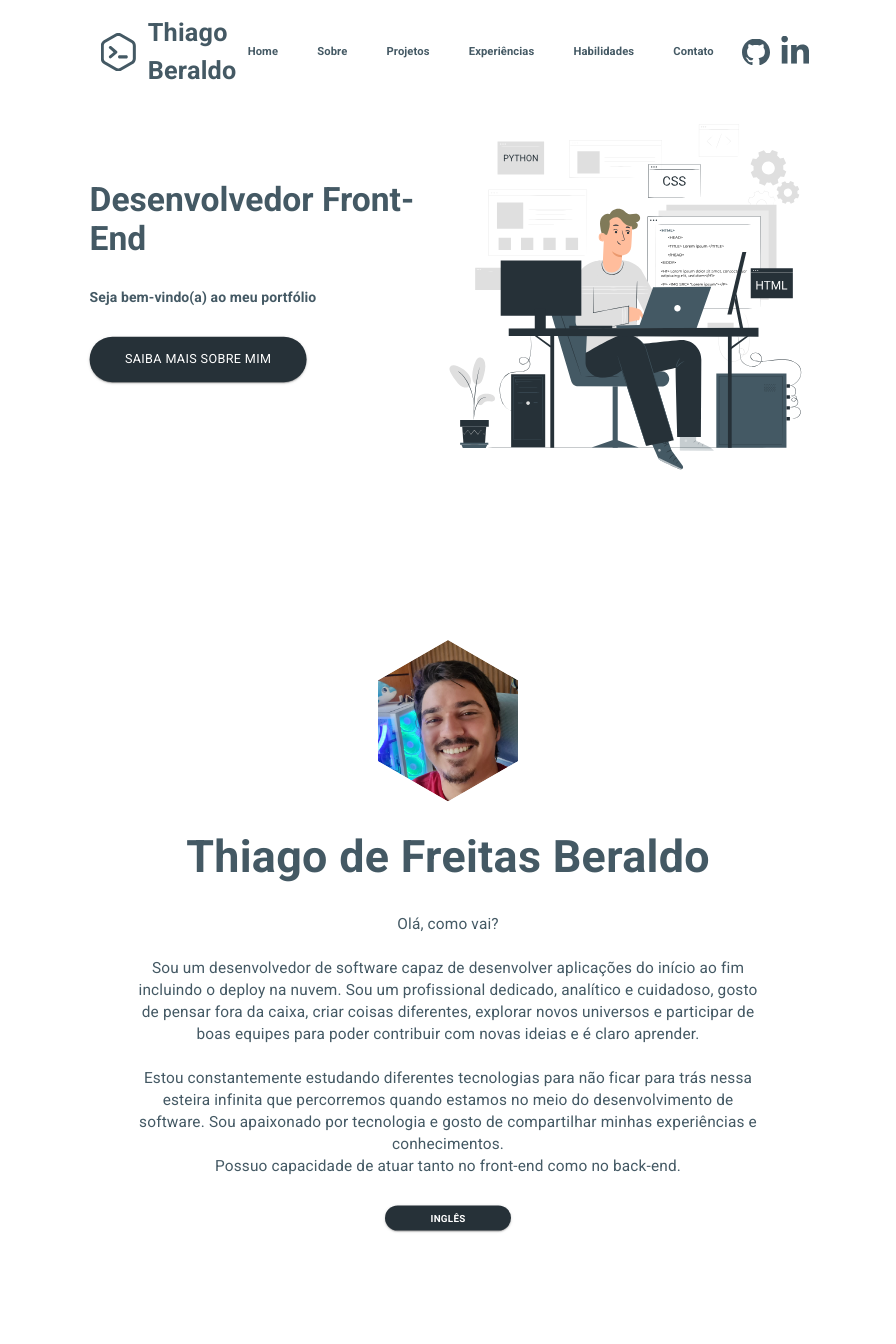
Repository: lenx0/myportfolio
Page: /
The author's editor kept a copy of each file at every save. The page is drawn from the files as they stood at one save, then again after the next save.
The browser window is 1280 px wide. The pictures show the part of the page from y = 0 to 1920 px (the page is 5219 px tall), at 70% of full size.
The project was rebuilt for these pictures with package versions that can differ from the ones it lists, and the page was loaded fresh each time. Also part of the build but not shown: vite.config.js.

Above is the page before, as saved 2024-06-14 10:25:49.

### index.html
<!doctype html>
<html lang="en">
  <head>
    <meta charset="UTF-8" />
    <link href="https://fonts.googleapis.com/css2?family=Roboto:wght@200;400;700;900&display=swap" rel="stylesheet">
    <meta name="viewport" content="width=device-width, initial-scale=1.0" />
    <title>Portfólio</title>
  </head>
  <body>
    <div id="root"></div>
    <script type="module" src="/src/main.jsx"></script>
  </body>
</html>

### src/main.jsx
import React from "react";
import ReactDOM from "react-dom/client";
import App from "./App.jsx";
import { ThemeProvider } from "@emotion/react";
import theme from "./components/Styles/theme";
import "swiper/css";
import "swiper/css/navigation";
import "swiper/css/pagination";

ReactDOM.createRoot(document.getElementById("root")).render(
  <React.StrictMode>
    <ThemeProvider theme={theme}>
      <App />
    </ThemeProvider>
  </React.StrictMode>
);

### src/App.jsx
import React from "react";
import { Box } from "@mui/material";
import Header from "./components/Header";
import Home from "./components/Home";
import About from "./components/About";
import Projects from "./components/Projects";
import "./global.css";
import Experience from "./components/Experiences";
import Footer from "./components/Footer";
import HardSkills from "./components/HardSkills";

function App() {
  const mainContainerStyle = {
    margin: "0 auto",
    padding: "0 10%",
    maxWidth: "1600px",
  };

  const aboutContainerStyle = {
    display: "flex",
    flexDirection: "column",
    alignItems: "center",
    padding: "0 10%",
    maxWidth: "1200px",
    margin: "0 auto",
  };

  return (
    <React.Fragment>
      <Box sx={mainContainerStyle}>
        <Header />
        <Home />
      </Box>
      <Box sx={aboutContainerStyle}>
        <About />
        <HardSkills />
      </Box>
      <Box sx={mainContainerStyle}>
        <Projects />
        <Experience />
      </Box>
      <Footer />
    </React.Fragment>
  );
}

export default App;

### src/components/Header/index.jsx
import React from "react";
import { Typography, Box, Link } from "@mui/material";
import Logo from "/assets/logos/logo.svg";
import GithubIcon from "/assets/icons/Github.svg";
import LinkedinIcon from "/assets/icons/Linkedin.svg";
import scrollToSection from "../Utility/scroll";

const Header = () => {
  const menuItems = [
    { label: "Home", id: "home-section" },
    { label: "Sobre", id: "about-section" },
    { label: "Projetos", id: "projects-section" },
    { label: "Experiências", id: "experience-section" },
    { label: "Habilidades", id: "hardskills-section" },
    { label: "Contato", id: "contact-section" },
  ];

  const headerStyles = {
    display: "flex",
    alignItems: "center",
    justifyContent: "space-between",
    mt: "20px",
    px: 2,
  };

  const logoContainerStyles = {
    display: "flex",
    alignItems: "center",
    flex: 1,
  };

  const menuContainerStyles = {
    display: { xs: "none", md: "flex" },
    gap: "24px",
    color: "#445964",
    flex: 2,
    justifyContent: "center",
  };

  const iconContainerStyles = {
    display: "flex",
    gap: 2,
    pl: 3,
    flex: 1,
    justifyContent: "flex-end",
  };

  return (
    <Box component="header" sx={headerStyles}>
      <Box sx={logoContainerStyles}>
        <Box
          component="img"
          src={Logo}
          alt="Logo"
          sx={{ width: { xs: "40px", md: "auto" } }}
        />
        <Typography
          sx={{
            fontSize: { xs: 24, md: 36 },
            color: "#445964",
            fontWeight: 700,
            ml: 2,
          }}
        >
          Thiago Beraldo
        </Typography>
      </Box>
      <Box sx={menuContainerStyles}>
        {menuItems.map((item) => (
          <Typography
            key={item.label}
            sx={{ cursor: "pointer", fontWeight: 700, px: 2 }}
            onClick={() => scrollToSection(item.id)}
          >
            {item.label}
          </Typography>
        ))}
      </Box>
      <Box sx={iconContainerStyles}>
        <Link href="https://github.com/lenx0">
          <img
            src={GithubIcon}
            alt="Github Icon"
            style={{ marginTop: "0.3rem" }}
          />
        </Link>
        <Link href="https://www.linkedin.com/in/thiagoberaldo06">
          <img src={LinkedinIcon} alt="LinkedIn Icon" />
        </Link>
      </Box>
    </Box>
  );
};

export default Header;

### src/components/Home/index.jsx
import React from "react";
import { Box, Button, Grid, Typography } from "@mui/material";
import HomeArt from "/assets/images/Art1.svg";
import scrollToSection from "../Utility/scroll";

const Home = () => {
  return (
    <Grid mt={5} container direction="row" alignItems="center" wrap="nowrap">
      <Grid item xs={12} md={6}>
        <Typography variant="h3" sx={{ fontWeight: 700, color: "#445964", mb: 5 }}>
          Desenvolvedor Front-End
        </Typography>
        <Typography variant="h6" sx={{ fontWeight: 700, color: "#445964", mb: 5 }}>
          Seja bem-vindo(a) ao meu portfólio
        </Typography>
        <Button
          variant="contained"
          onClick={() => scrollToSection('about-section')}
          sx={{
            fontSize: 18,
            backgroundColor: "#263138",
            width: 310,
            height: 65,
            borderRadius: 20,
            mb: 5,
          }}
        >
          Saiba mais sobre mim
        </Button>
      </Grid>
      <Grid item xs={12} md={6}>
        <Box display="flex" justifyContent="center">
          <img src={HomeArt} alt="Home Art" style={{ maxWidth: "100%" }} />
        </Box>
      </Grid>
    </Grid>
  );
};

export default Home;

### src/components/Projects/index.jsx
import React from "react";
import { Grid, Typography } from "@mui/material";
import CustomCard from "./card";

const projectsData = [
  {
    title: "Lenx Delivery",
    images: generateImageArray("delivery", 3),
    access: "https://front-lenxdelivery.vercel.app",
    description:
      "Projeto demonstrativo onde você consegue visualizar um cardápio, escolher o local de entrega e realizar o pedido.",
    technologies:
      "Tecnologias: React, Javascript, HTML, CSS, Material-UI, Node, MongoDB, MapBox",
  },
  {
    title: "Pokemon Knowledge",
    images: generateImageArray("poke", 5),
    access: "https://poke-wiki-front.vercel.app",
    description:
      "Neste site podemos visualizar todos os detalhes dos pokémon existentes consumindo a PokeAPI.",
    technologies:
      "Tecnologias: Next, React, Javascript, HTML, CSS, Material-UI",
  },
  {
    title: "Business Manager",
    images: generateImageArray("manager", 5),
    access: "https://business-manager-liard.vercel.app",
    description:
      "Página desenvolvida para oferecer serviços de gerenciamento de negócios.",
    technologies:
      "Tecnologias: React, Vite, Javascript, HTML, CSS, Material-UI",
  },
  {
    title: "Pokedex",
    images: generateImageArray("pokedex", 1),
    access: "https://pokedex-mu-ten.vercel.app",
    description: "Pokedex com sprites animadas",
    technologies: "Tecnologias: Javascript, HTML, CSS",
  },
];

function generateImageArray(prefix, count) {
  const images = [];
  for (let i = 1; i <= count; i++) {
    images.push(`/assets/images/${prefix}${i}.png`);
  }
  return images;
}

const Projects = () => {
  return (
    <Grid id="projects-section" container gap={2} m="10px 5px 20px 5px" justifyContent="center">
      <Grid container justifyContent="center">
        <Grid item>
          <Typography
            variant="h4"
            mb={5}
            fontSize={64}
            fontWeight={700}
            color="#445964"
          >
            Projetos
          </Typography>
        </Grid>
      </Grid>
      {projectsData.map((project, index) => (
        <Grid item xs={12} sm={6} md={4} lg={3} key={index}>
          <CustomCard
            title={project.title}
            access={project.access}
            images={project.images}
            description={project.description}
            technologies={project.technologies}
          />
        </Grid>
      ))}
    </Grid>
  );
};

export default Projects;

### src/global.css
body {
    margin: 0;
    padding: 0;
    box-sizing: border-box;
    font-family: 'Roboto', sans-serif;
}

### src/components/Experiences/index.jsx
import React from "react";
import { Box, Typography, Paper, Grid } from "@mui/material";

const Experience = () => {
  const experiences = [
    {
      title: "Desenvolvedor júnior",
      company: "Alto Giro",
      date: "01.2022 - 07-2022",
      resume:
        `Na Alto Giro atuei desenvolvendo microsserviços para facilitar alguns processos dentro da empresa como RH e almoxarifado
        Pude desenvolver interfaces web utilizando tecnologias de ponta como React e Javascript. Também desenvolvi API's utilizando Node, express e mongoDB,`,
    },
    {
      title: "Desenvolvedor Front-end júnior",
      company: "AG.labs",
      date: "07.2022 - 04-2024",
      resume: `Atuei em um projeto desenvolvendo o front-end para um ERP da TOTSV da fase inicial ao lançamento, sistema este que hoje é utilizado pelos
        representantes e clientes da empresa Alto Giro.
        O projeto foi desenvolvimento pensando na praticidade, e velocidade para realizar vendas.
        Na Black Friday de 2023 a empresa conseguiu transacionar mais de 15 mil pedidos,
        alcançando um valor surpreendente de mais de 13 milhões.
        Possuo facilidade na resolução de problemas, boa comunicação, sei liderar quando
        necessário, me adapto bem a diferentes tecnologias, e o mais importante, tenho
        atitude positiva `,
    },
  ];

  return (
    <Box id="experience-section" sx={{ mt: 10, textAlign: "center", px: 2 }}>
      <Box height="auto">
        <Typography variant="h2" fontWeight={700} color="#445964">
          Experiência
        </Typography>
        <Typography
          variant="h4"
          fontWeight={700}
          color="#263138"
        >
          Profissional
        </Typography>
      </Box>
      <Typography sx={{ mt: 2, color: "#445964", fontSize: 16 }}>
        Minha jornada é curta, mas de muita dedicação e resiliência
      </Typography>
      <Grid container spacing={2} sx={{ mt: 5 }}>
        {experiences.map((experience, index) => (
          <Grid item xs={12} md={6} key={index}>
            <Paper
              elevation={3}
              sx={{
                p: 3,
                minHeight: "28vh",
                backgroundColor: "#263138",
                color: "white",
              }}
            >
              <Typography variant="h6" fontWeight={700}>
                {experience.title}
              </Typography>
              <Typography variant="h6" >
                {`${experience.company} - ${experience.date}`}
              </Typography>
              <Typography sx={{ mt: 1 }}>{experience.resume}</Typography>
            </Paper>
          </Grid>
        ))}
      </Grid>
      <Box sx={{ mt: 5 }}>
        <img src="/assets/icons/Quote.png" />
        <Typography
          sx={{ mt: 2, fontWeight: 700, fontSize: 18, color: "#445964" }}
        >
          “A mente que se abre a uma nova ideia jamais voltará ao seu tamanho
          original”
        </Typography>
        <Typography
          sx={{ mt: 2, fontSize: 18, fontWeight: 700, color: "#445964" }}
        >
          ~ Albert Einstein
        </Typography>
      </Box>
    </Box>
  );
};

export default Experience;

### src/components/Footer/index.jsx
import React from 'react';
import { Box, Link, Typography } from '@mui/material';
import FacebookIcon from '@mui/icons-material/Facebook';
import CopyrightIcon from '@mui/icons-material/Copyright';
import GitHubIcon from '@mui/icons-material/GitHub';
import LinkedInIcon from '@mui/icons-material/LinkedIn';

const Footer = () => {
    return (
        <Box id="contact-section" height="120px" mt={10} bgcolor="#263138" display="flex" flexDirection="column" alignItems="center" justifyContent="space-between">
            <Box flex={1} display="flex" justifyContent="center" alignItems="center">
                <Link href="https://www.facebook.com.br">
                    <FacebookIcon sx={{ color: '#ffffff', mx: 1 }} />
                </Link>
                <Link href="https://github.com/lenx0">
                    <GitHubIcon sx={{ color: '#ffffff', mx: 1 }} />
                </Link>
                <Link href="https://www.linkedin.com/in/thiagoberaldo06/">
                    <LinkedInIcon sx={{ color: '#ffffff', mx: 1 }} />
                </Link>
            </Box>
            <Typography color="#ffffff" mb={1} display="flex" alignItems="center">
                Todos os direitos reservados <CopyrightIcon sx={{ ml: 0.5, width: 15, height: 15, color: '#ffffff' }} />
            </Typography>
        </Box>
    );
}

export default Footer;

### src/components/HardSkills/index.jsx
import { Stack, Typography } from "@mui/material";
import SkillRating from "./rating";

const HardSkills = () => {
  return (
    <Stack id="hardskills-section" direction="row" gap={6} flexWrap="wrap" justifyContent="center">
      <Typography variant="h4" fontSize={64} fontWeight={700} color="#445964">
        Hard Skills
      </Typography>
      <Stack direction="row" spacing={4} flexWrap="wrap" p="0 50px 0 50px" justifyContent="center">
        <SkillRating skill="React" rating={5} />
        <SkillRating skill="Javascript" rating={5} />
        <SkillRating skill="HTML" rating={5} />
        <SkillRating skill="CSS" rating={5} />
        <SkillRating skill="Material-UI" rating={5} />
        <SkillRating skill="Next" rating={4} />
        <SkillRating skill="Redux" rating={3} />
        <SkillRating skill="Node" rating={4} />
        <SkillRating skill="Styled Components" rating={3} />
        <SkillRating skill="Java" rating={3} />
        <SkillRating skill="Python" rating={3} />
        <SkillRating skill="Docker" rating={3} />
        <SkillRating skill="MongoDB" rating={3} />
        <SkillRating skill="MySQL" rating={3} />
        <SkillRating skill="PostGreSQL" rating={3} />
        <SkillRating skill="Oracle Database" rating={2} />
        <SkillRating skill="SQLite" rating={2} />
      </Stack>
      <Typography variant="h4" fontSize={64} fontWeight={700} color="#445964">
        Ferramentas - Serviços
      </Typography>
      <Stack direction="row" spacing={4} flexWrap="wrap" p="0 50px 0 50px" justifyContent="center">
        <SkillRating skill="Git" rating={5} />
        <SkillRating skill="Github" rating={5} />
        <SkillRating skill="Asana" rating={5} />
        <SkillRating skill="Vercel" rating={5} />
        <SkillRating skill="AWS Amplify" rating={4} />
        <SkillRating skill="AWS EC2" rating={4} />
        <SkillRating skill="AWS S3" rating={4} />
        <SkillRating skill="MongoDB Atlas" rating={4} />
      </Stack>
      <Typography variant="h4" fontSize={64} fontWeight={700} color="#445964">
        Soft Skills
      </Typography>
      <Stack direction="row" spacing={4} flexWrap="wrap" p="0 50px 0 50px" justifyContent="center">
        <SkillRating skill="Comunicação" rating={5} />
        <SkillRating skill="Trabalho em equipe" rating={5} />
        <SkillRating skill="Resolução de problemas" rating={5} />
        <SkillRating skill="Empatia" rating={5} />
        <SkillRating skill="Criatividade" rating={5} />
      </Stack>
    </Stack>
  )

};

export default HardSkills;

### src/components/About/exagon.jsx
import { Box, styled } from "@mui/material";

const HexagonContainer = styled(Box)(({ theme }) => ({
    // width: "100px",
    // height: "115.47px",
    width: "200px",
    height: "230.94px",
    // width: "300px",
    // height: "346.41px",
    position: "relative",
    clipPath: "polygon(50% 0%, 100% 25%, 100% 75%, 50% 100%, 0% 75%, 0% 25%)",
    "& img": {
      width: "100%",
      height: "100%",
      objectFit: "cover",
      clipPath: "inherit",
    },
  }));

  export default HexagonContainer

### src/components/Projects/card.jsx
import React, { useState } from "react";
import {
  Card,
  CardContent,
  CardMedia,
  Typography,
  Box,
  Link,
  Button,
} from "@mui/material";
import ImageDialog from "./imageDialog";

const CustomCard = ({ title, access, images, description, technologies }) => {
  const [currentImageIndex, setCurrentImageIndex] = useState(0);
  const [dialogOpen, setDialogOpen] = useState(false);

  const handleNextImage = () => {
    setCurrentImageIndex((prevIndex) =>
      prevIndex + 1 < images.length ? prevIndex + 1 : prevIndex
    );
  };

  const handlePrevImage = () => {
    setCurrentImageIndex((prevIndex) =>
      prevIndex - 1 >= 0 ? prevIndex - 1 : prevIndex
    );
  };

  const handleImageClick = () => {
    setDialogOpen(true);
  };

  const handleDialogClose = () => {
    setDialogOpen(false);
  };

  return (
    <Card
      sx={{
        height: "100%",
        display: "flex",
        flexDirection: "column",
        boxShadow: "0 4px 6px rgba(0, 0, 0, 0.1)",
        transition: "0.30s",
        "&:hover": {
          boxShadow: "0 8px 16px rgba(0, 0, 0, 0.2)",
        },
      }}
    >
      <Box sx={{ p: 2 }}>
        <CardMedia
          component="img"
          width="100%"
          height="200"
          image={images[currentImageIndex]}
          alt={title}
          onClick={handleImageClick}
          sx={{
            cursor: "pointer",
            objectFit: "contain",
            transition: "0.30s",
            "&:hover": {
              border: "1px solid #263138",
            },
          }}
        />
        <CardContent sx={{ flexGrow: 1 }}>
          <Box width="100%" minHeight="15rem">
            <Typography
              variant="h5"
              component="div"
              sx={{ fontWeight: 700, color: "#445964", minHeight: 64 }}
            >
              {title}
            </Typography>
            <Typography color="text.secondary">{description}</Typography>
            <Typography mt={2} color="text.secondary">
              {technologies}
            </Typography>
          </Box>
          <Link href={access} sx={{ textDecoration: "none" }}>
            <Box>
              <Button
                variant="contained"
                sx={{ width: "100%", backgroundColor: "#263138" }}
              >
                Acessar
              </Button>
            </Box>
          </Link>
        </CardContent>
      </Box>
      <ImageDialog
        dialogOpen={dialogOpen}
        handleDialogClose={handleDialogClose}
        images={images}
        currentImageIndex={currentImageIndex}
        handleNextImage={handleNextImage}
        handlePrevImage={handlePrevImage}
        title={title}
        description={description}
      />
    </Card>
  );
};

export default CustomCard;

### src/components/HardSkills/rating.jsx
import { Hexagon } from "@mui/icons-material";
import { Stack, SvgIcon, Typography } from "@mui/material";

const SkillRating = ({ skill, rating }) => {
  return (
    <Stack direction="column" alignItems="center" spacing={1}>
      <Typography fontSize={16} fontWeight={700} color="#445964">
        {skill}
      </Typography>
      <Stack direction="row" spacing={0.5}>
        {Array.from({ length: 5 }).map((_, index) => (
          <SvgIcon
            key={index}
            component={Hexagon}
            style={{ color: index < rating ? "#263138" : "#E0E0E0" }}
          />
        ))}
      </Stack>
    </Stack>
  );
};

export default SkillRating

### src/components/Projects/imageDialog.jsx
import { ArrowBackIos, ArrowForwardIos, Close } from "@mui/icons-material";
import { Box, CardMedia, Dialog, DialogContent, IconButton, Typography } from "@mui/material";

const ImageDialog = ({
    dialogOpen,
    handleDialogClose,
    images,
    currentImageIndex,
    handleNextImage,
    handlePrevImage,
    title,
    description,
  }) => (
    <Dialog
      open={dialogOpen}
      onClose={handleDialogClose}
      maxWidth="md"
      fullWidth
    >
      <DialogContent
        sx={{
          position: "relative",
          display: "flex",
          flexDirection: "column",
          alignItems: "center",
        }}
      >
        <IconButton
          onClick={handleDialogClose}
          sx={{ position: "absolute", top: 8, right: 8 }}
        >
          <Close />
        </IconButton>
        <CardMedia
          component="img"
          height="400"
          image={images[currentImageIndex]}
          alt={title}
          sx={{ objectFit: "contain", mb: 2 }}
        />
        <Typography variant="h5" component="div" sx={{ minHeight: 64 }}>
          {title}
        </Typography>
        <Typography
          variant="body2"
          color="text.secondary"
          sx={{ textAlign: "center", mb: 2 }}
        >
          {description}
        </Typography>
        <Box display="flex" justifyContent="space-between" width="100%">
          <IconButton
            onClick={handlePrevImage}
            disabled={currentImageIndex === 0}
          >
            <ArrowBackIos />
          </IconButton>
          <IconButton
            onClick={handleNextImage}
            disabled={currentImageIndex === images.length - 1}
          >
            <ArrowForwardIos />
          </IconButton>
        </Box>
      </DialogContent>
    </Dialog>
  );

  export default ImageDialog

Loaded but not shown: src/components/Styles/theme.js (14 lines, source omitted); src/components/Utility/scroll.js (8 lines, source omitted); src/components/About/index.jsx (108 lines, source omitted)

After the next save:
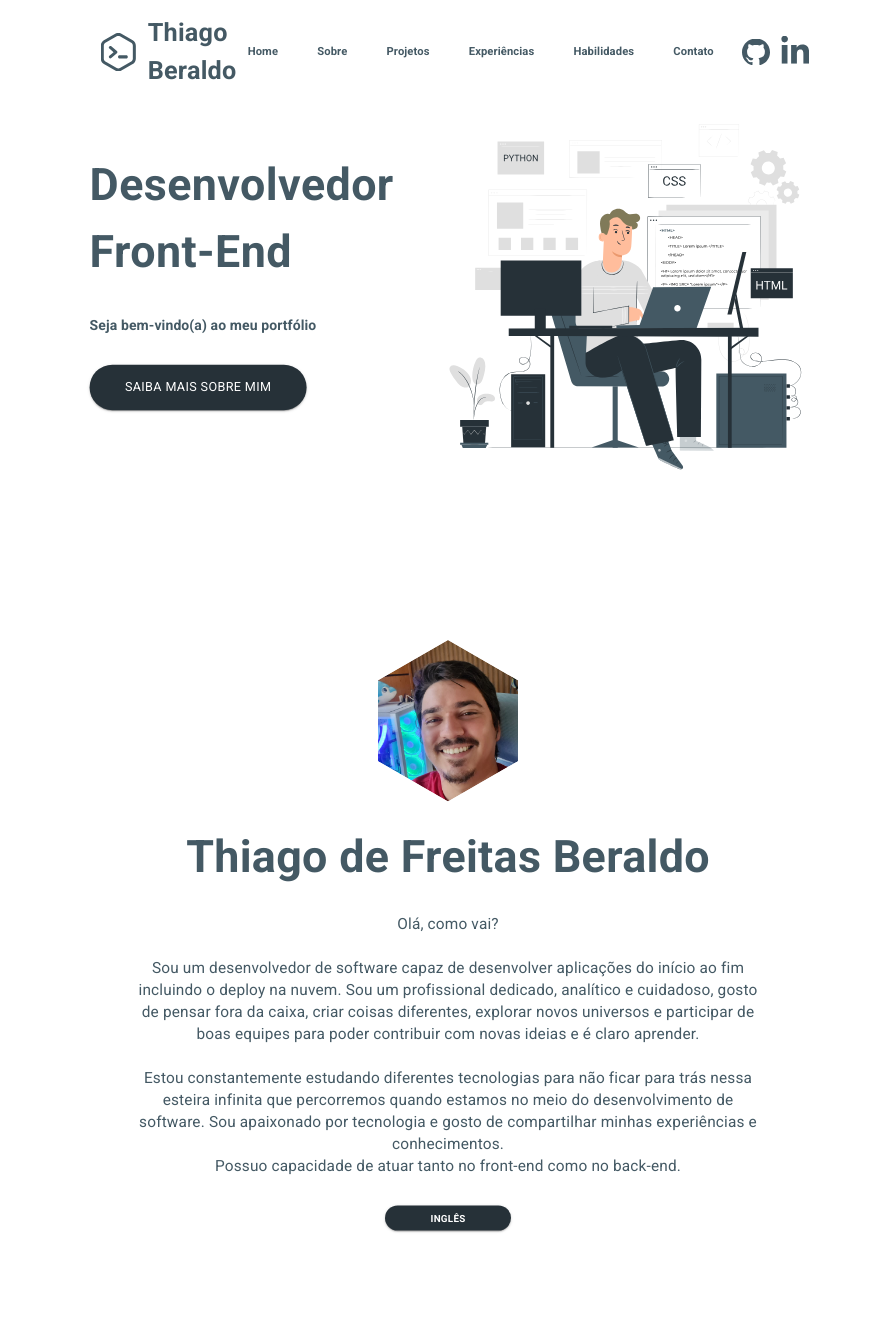
Saved 57 s later.
--- a/src/components/Home/index.jsx
+++ b/src/components/Home/index.jsx
@@ -7,7 +7,7 @@
   return (
     <Grid mt={5} container direction="row" alignItems="center" wrap="nowrap">
       <Grid item xs={12} md={6}>
-        <Typography variant="h3" sx={{ fontWeight: 700, color: "#445964", mb: 5 }}>
+        <Typography fontSize={64} sx={{ fontWeight: 700, color: "#445964", mb: 5 }}>
           Desenvolvedor Front-End
         </Typography>
         <Typography variant="h6" sx={{ fontWeight: 700, color: "#445964", mb: 5 }}>
